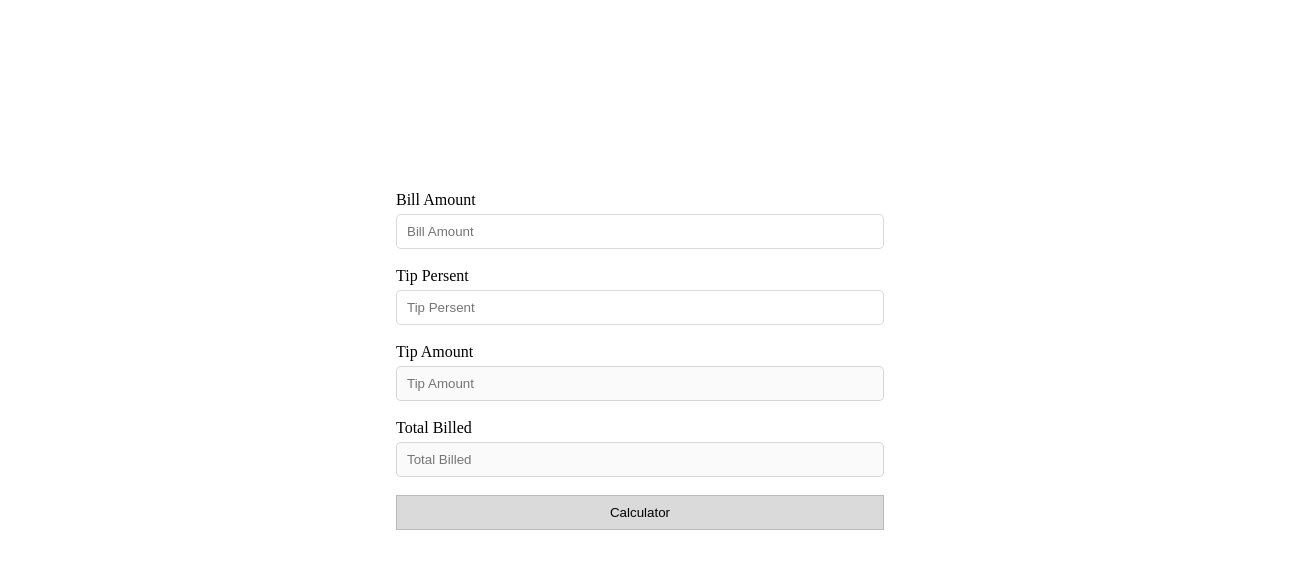
Repository: ZainAkbar51214/Tip-Calculator
Page: index.html
The author's editor kept a copy of each file at every save. The page is drawn from the files as they stood at one save, then again after the next save.
The browser window is 1280 px wide. The page is 1300 px wide, then 1280 px, so the pictures cover 1300 px, including what lies to the right of the window. The pictures show the whole page.
The style sheet was rebuilt from its Sass, Less or Tailwind sources for each picture, by a compiler version that may differ from the author's.

Above is the page before, as saved 2024-03-25 10:22:49.

After the next save:
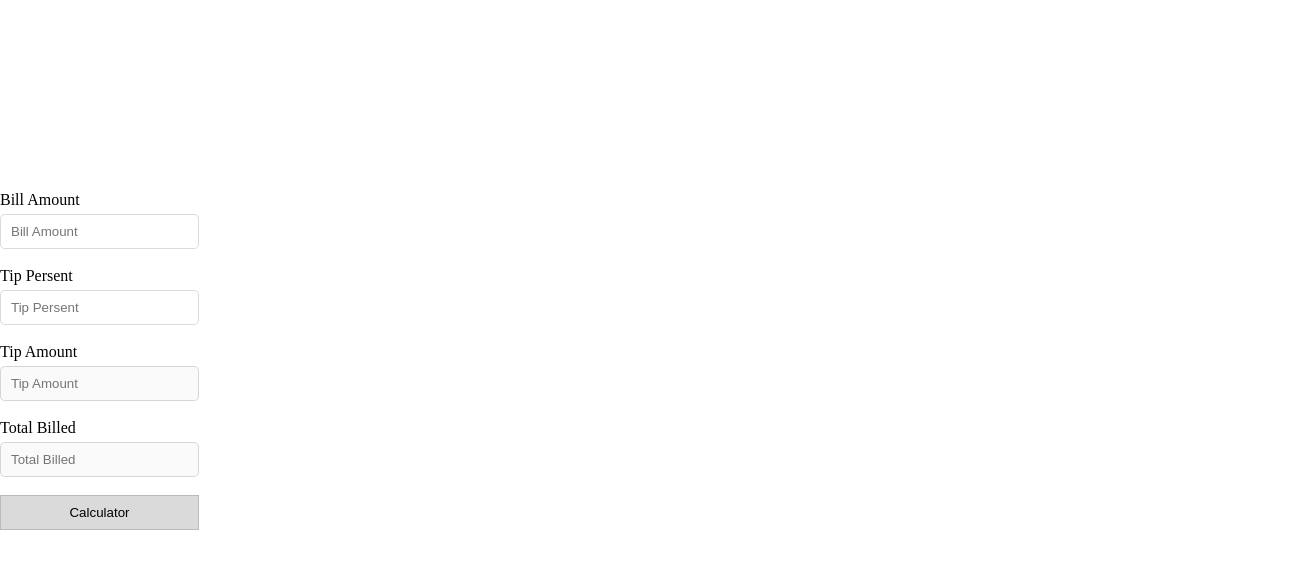
Saved 5 min 51 s later.
--- a/css/style.scss
+++ b/css/style.scss
@@ -8,13 +8,14 @@
     width: 100%;
     max-width: 1350px;
     margin: auto;
+    height: 100vh;
+    display: flex;
 
     .row {
         display: flex;
         flex-wrap: wrap;
         margin-left: -20px;
         margin-right: -20px;
-        height: 100vh;
 
         .col {
             flex: 0 0 40%;
